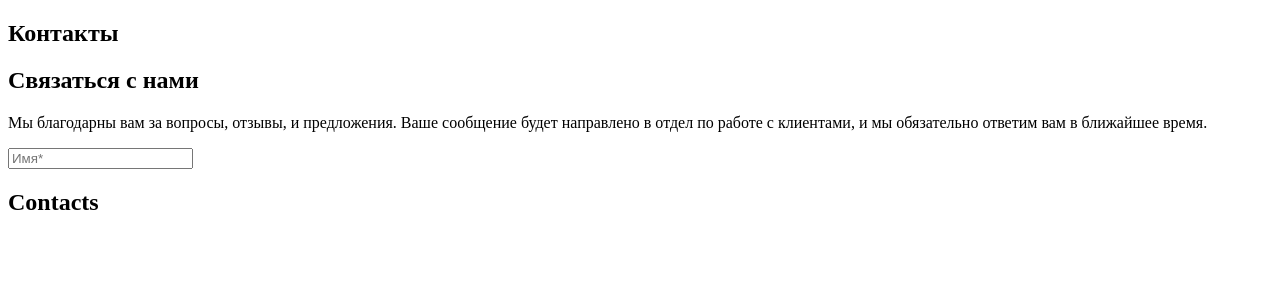
Repository: Azimich/Cleaning_
Page: src/pages/MainPage/contacts/contacts.html
An editor plug-in stored every save of this project. The page is shown before and after the next save, followed by the edit.
The browser window is 1280 px wide. The pictures show the whole page.

Above is the page before, as saved 2022-10-11 20:45:30.

### src/pages/MainPage/contacts/contacts.html
<!DOCTYPE html>
<section class="contacts">
  <div class="wrapper">
    <div class="contacts__container">
      <div class="title__block">
        <span class="left__line"></span>
        <h1 class="title">Контакты</h1>
        <span class="right__line"></span>
      </div>
      <div class="contacts__items">
        <div class="contacts__form">
          <h2 class="h2">Связаться с нами</h2>
          <p>
            Мы благодарны вам за вопросы, отзывы, и предложения. Ваше сообщение будет направлено в отдел по работе с клиентами, и мы обязательно ответим вам в ближайшее время.
          </p>
          <form action="#" class="contacts__form">
            <input type="name" name="name" placeholder="Имя*">
          </form>
        </div>
        <div class="contacts__maps"></div>
      </div>
    </div>
  </div>
  <h1>Contacts</h1>
</section>

After the next save:
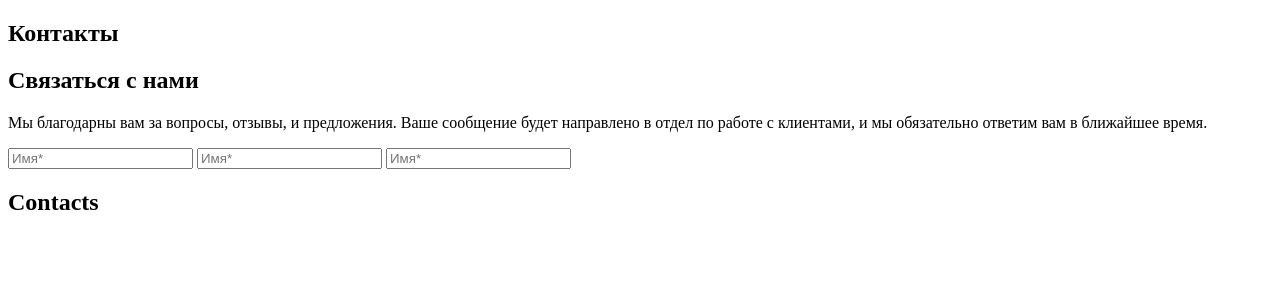
Saved 4 s later.
--- a/src/pages/MainPage/contacts/contacts.html
+++ b/src/pages/MainPage/contacts/contacts.html
@@ -15,6 +15,8 @@
           </p>
           <form action="#" class="contacts__form">
             <input type="name" name="name" placeholder="Имя*">
+            <input type="name" name="name" placeholder="Имя*">
+            <input type="name" name="name" placeholder="Имя*">
           </form>
         </div>
         <div class="contacts__maps"></div>
